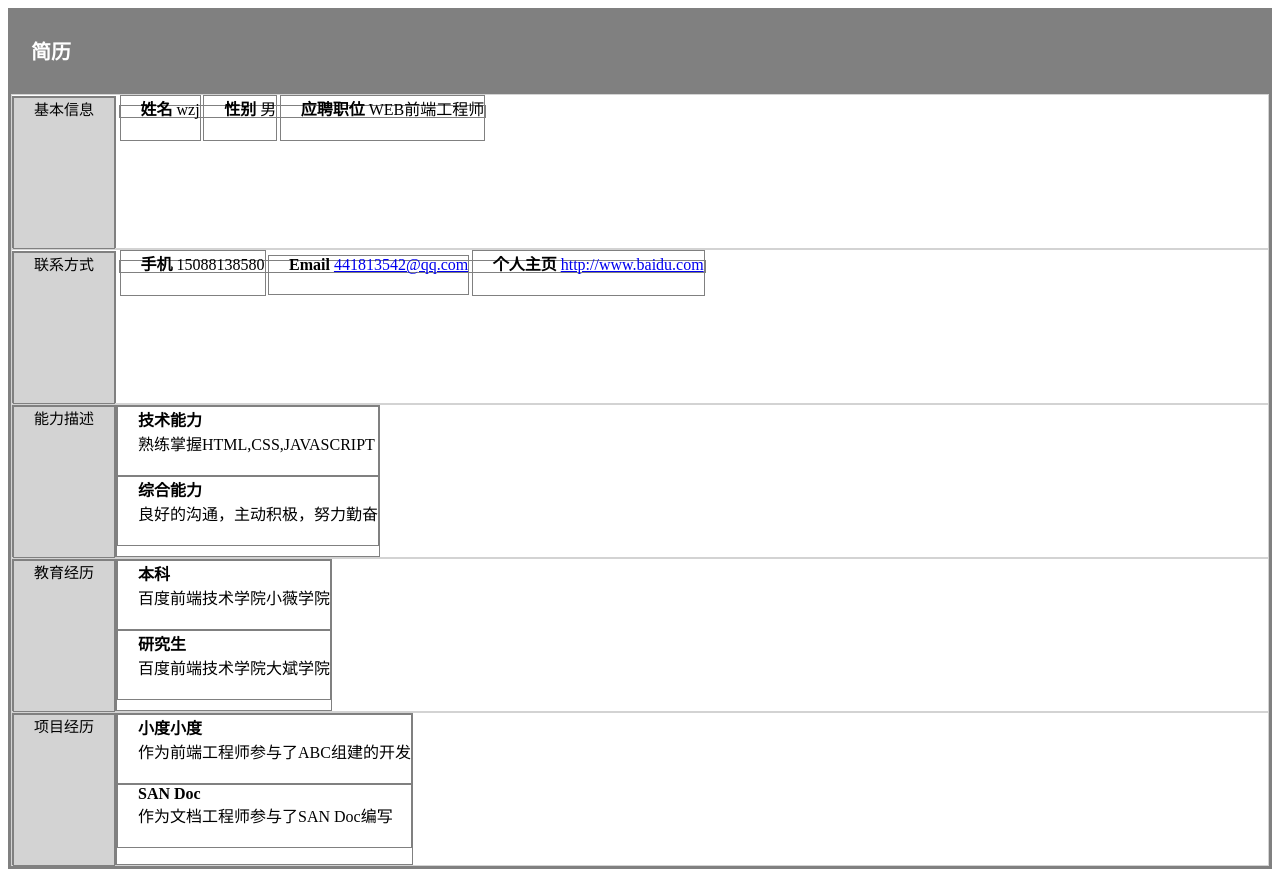
Repository: w441813542/webrecord
Page: day6_day7/jianli.html
These files come from the project's save history. The page is drawn as it stood at one moment and after the next save; the edit follows.
The browser window is 1280 px wide. The pictures show the whole page.

Above is the page before, as saved 2021-03-09 14:52:33.

### day6_day7/jianli.html
<!DOCTYPE html>
<html>

<head>
  <!-- <link rel="stylesheet" type="text/css" href="style_1.css" /> -->
  <!-- <link rel="stylesheet" type="text/css" href="style_2.css" /> -->
  <link rel="stylesheet" type="text/css" href="style_3.css" />
</head>

<body>
  <div class="box">
    <div class="left">
      <div class="caption">简历</div>
    </div>
    <div class="right">
      <div>
        <!-- <tr>
          <th rowspan="15" class="caption" align="center" valign="top">简历</th>
        </tr> -->
        <div class="part">
          <div class="part_left">
            <div class="th">基本信息</div>
          </div>
          <div class="part_right">
            <div class="td"><span>姓名</span> wzj</div>
            <div class="td"><span>性别</span> 男</div>
            <div class="td"><span>应聘职位</span> WEB前端工程师</div>
          </div>
        </div>
        <div class="part">
          <div class="part_left">
            <div class="th">联系方式</div>
          </div>
          <div class="part_right">
            <div class="td"><span>手机</span> 15088138580</div>
            <div class="td" ><span>Email</span> <a href="mailto:441813542@qq.com">441813542@qq.com</a></div>
            <div class="td"><span>个人主页</span> <a href="http://www.baidu.com">http://www.baidu.com</a></div>
          </div>
        </div>
        <div class="part flex">
          <div class="part_left">
            <div class="th">能力描述</div>
          </div>
          <div class="part_right">
            <div class="td msgtd block"><span class="block">技术能力</span> 熟练掌握HTML,CSS,JAVASCRIPT</div>
            <div class="td msgtd block"><span class="block">综合能力</span> 良好的沟通，主动积极，努力勤奋</div>
          </div>
        </div>
        <div class="part flex">
          <div class="part_left">
            <div class="th">教育经历</div>
          </div>
          <div class="part_right">
            <div class="td msgtd block"><span class="block">本科</span> 百度前端技术学院小薇学院</div>
            <div class="td msgtd block"><span class="block">研究生</span> 百度前端技术学院大斌学院</div>
          </div>
        </div>
        <div class="part flex">
          <div class="part_left">
            <div class="th">项目经历</div>
          </div>
          <div class="part_right">
            <div class="td msgtd block"><span class="block">小度小度</span> 作为前端工程师参与了ABC组建的开发</div>
            <div class="td msgtd block"><span class="block">SAN Doc</span> 作为文档工程师参与了SAN Doc编写</div>
          </div>
        </div>
      </div>

    </div>
  </div>
</body>

</html>

### day6_day7/style_3.css
html {
    font-size: 10px;
  }

div{
  border: 1px solid gray;
}

  .td {
    font-size: 1.6em;
    padding-left: 20px;
    padding-bottom: 20px;
    display: inline-block;
  }

  .th {
    font-size: 1.5em;
    text-align: center;
    display: block;
    padding-left: 20px;
    padding-right: 20px;
    height: 150px;
    background: lightgray;
  }

  .caption {
    font-size: 2em;
    font-weight: bold;
    color: white;
    text-align: left;
    background: gray;
    padding-top: 25px;
    padding-left: 20px;
    padding-bottom: 25px;
  }

 .part{
   display: block;
   border: 1px solid lightgray;
 }

  .part_left{
    display: inline-block;
    height: 150px;
  }

  .part_right{
    display: inline;
    height: 150px;
  }

  span {
    font-weight: bold;
  }

  .box{
      display: block;
  }

  .flex{
    display: flex;
  }

  .block{
    display: block;
  }

After the next save:
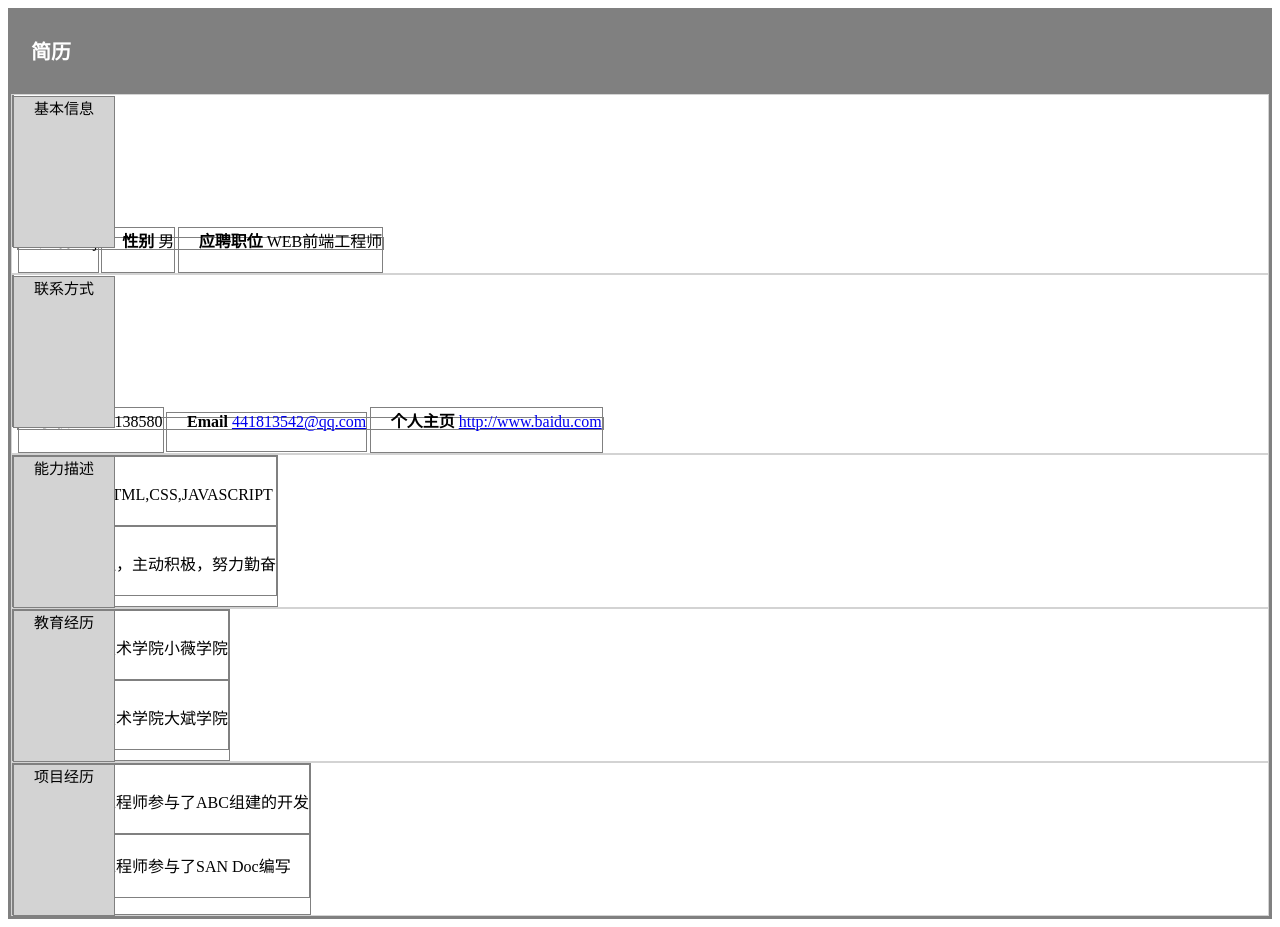
Saved 18 s later.
--- a/day6_day7/style_3.css
+++ b/day6_day7/style_3.css
@@ -15,7 +15,7 @@
 
   .th {
     font-size: 1.5em;
-    text-align: center;
+    position: fixed;
     display: block;
     padding-left: 20px;
     padding-right: 20px;

After the 2 saves that followed:
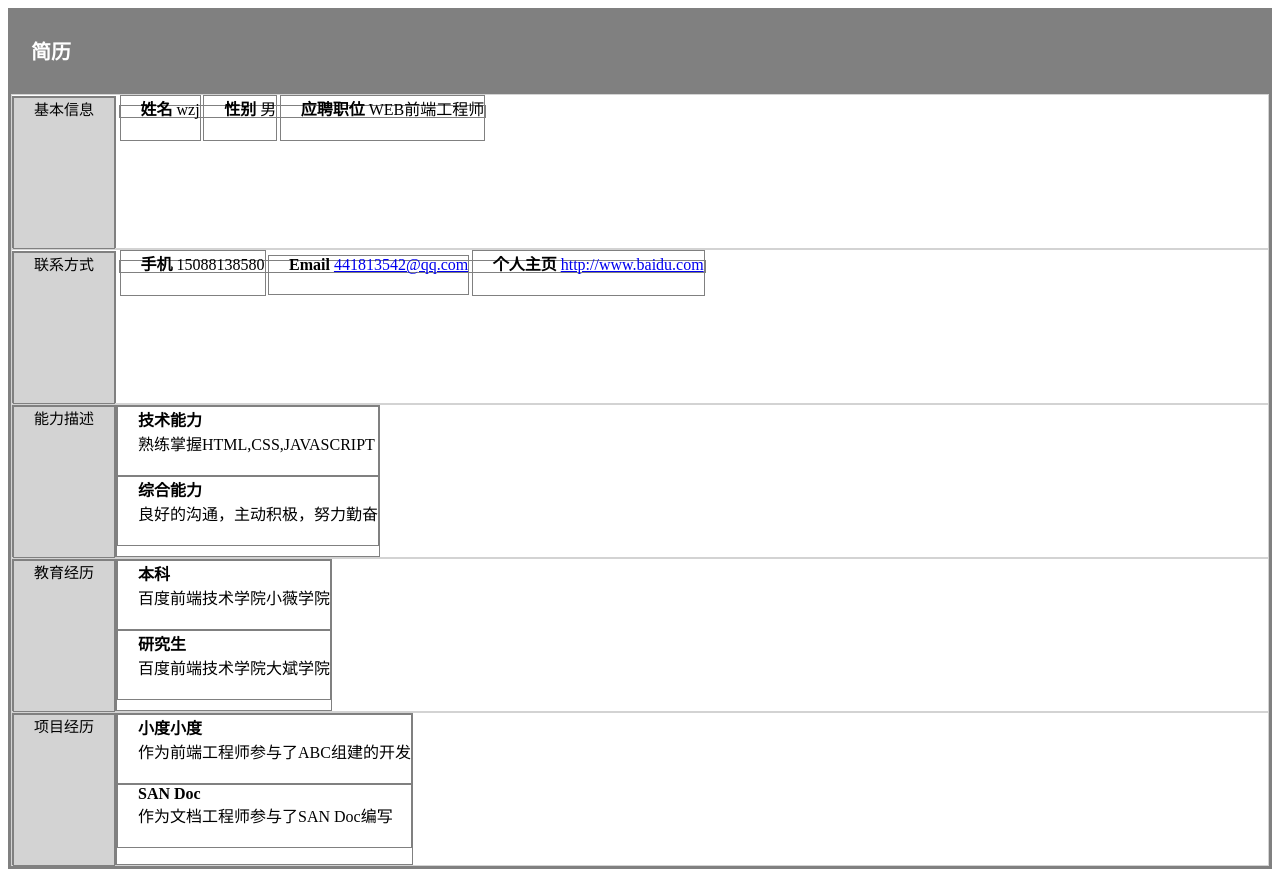
The 2 saves are shown as one change because they came seconds apart.
The last was saved 11 s later.
--- a/day6_day7/style_3.css
+++ b/day6_day7/style_3.css
@@ -15,8 +15,7 @@
 
   .th {
     font-size: 1.5em;
-    position: fixed;
-    display: block;
+    text-align: center;
     padding-left: 20px;
     padding-right: 20px;
     height: 150px;
